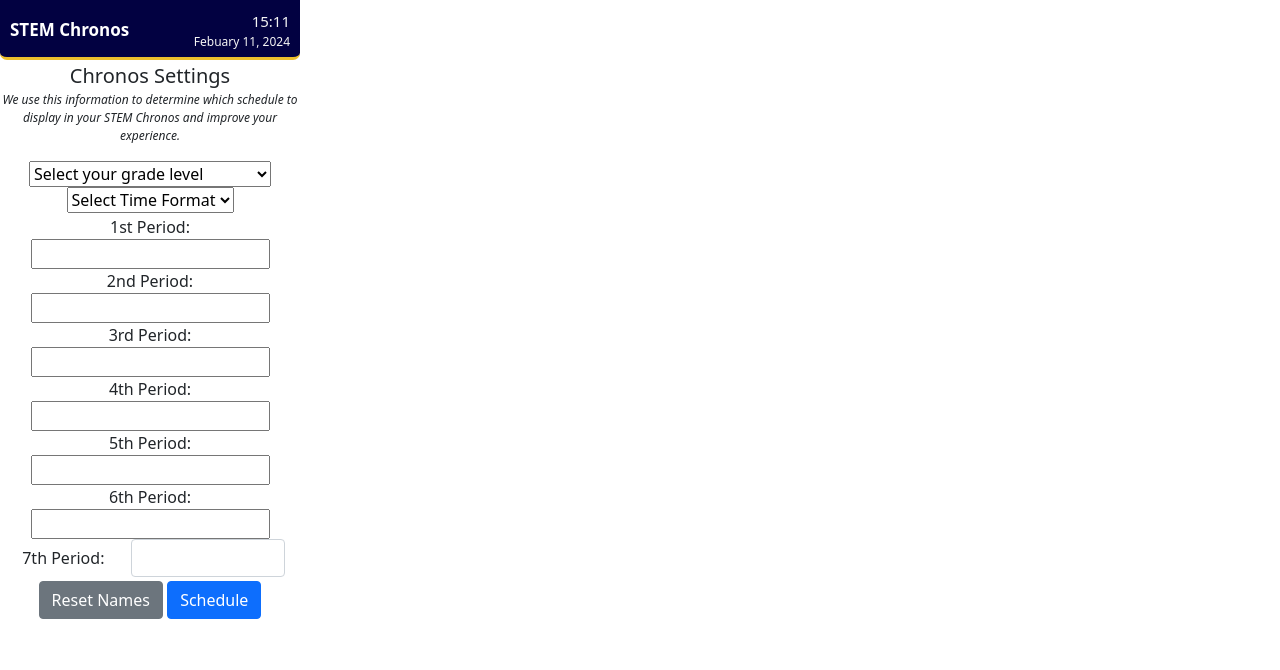
Repository: EvanHughes-dev/StemChronos
Page: StemChronos2.0/Settings/Settings.html
These files come from the project's save history. The page is drawn as it stood at one moment and after a run of saves; the edit follows.
The browser window is 1280 px wide. The pictures show the whole page.

Above is the page before, as saved 2024-04-23 15:38:56.
Console error: TypeError: Cannot read properties of null (reading 'addEventListener')

After the next 3 saves:
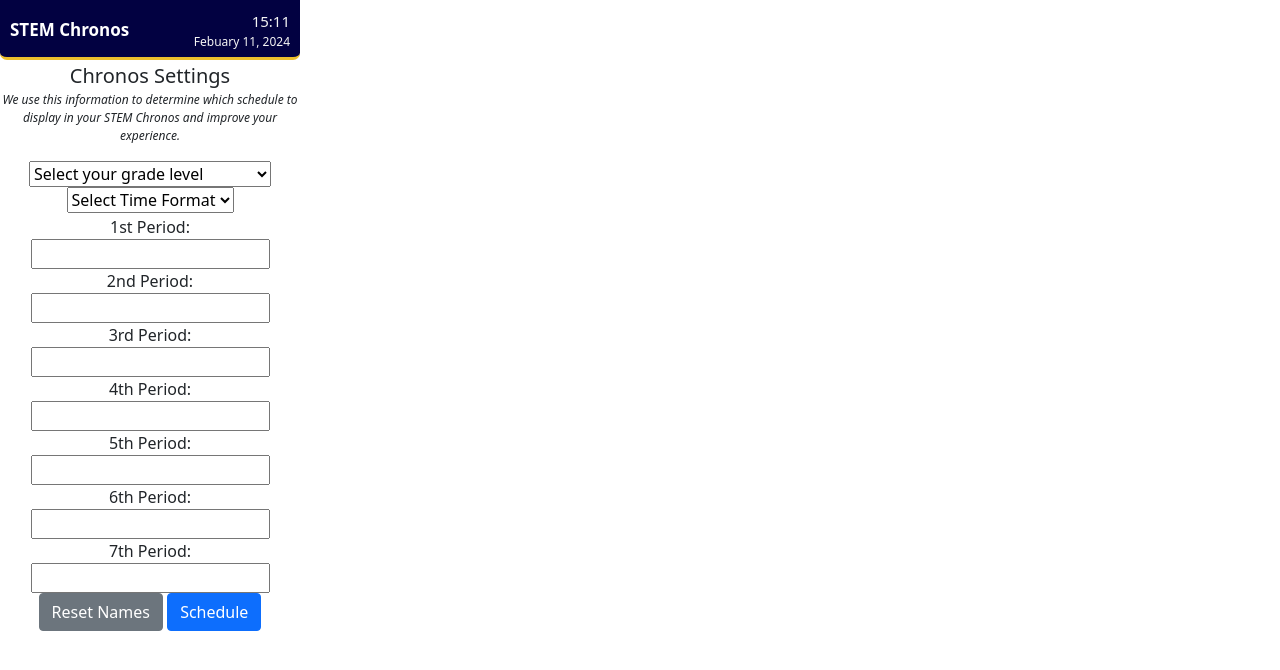
The 3 saves are shown as one change because they came seconds apart.
The last was saved 10 s later.
--- a/StemChronos2.0/Settings/Settings.html
+++ b/StemChronos2.0/Settings/Settings.html
@@ -78,9 +78,9 @@
                     <label for="Sixth">6th Period:</label>
                     <input name="Sixth" type="text" id="SixthVal" />
                 </div>
-                <div class="row g-2 mb-1">
-                    <label class="col-sm-4 col-form-label mx-3" for="Seventh">7th Period:</label>
-                    <input class="col-sm-10 form-control w-50 col-auto" name="Seventh" type="text" id="SeventhVal" />
+                <div>
+                    <label for="Seventh">7th Period:</label>
+                    <input name="Seventh" type="text" id="SeventhVal" />
                 </div>
 
             </div>
